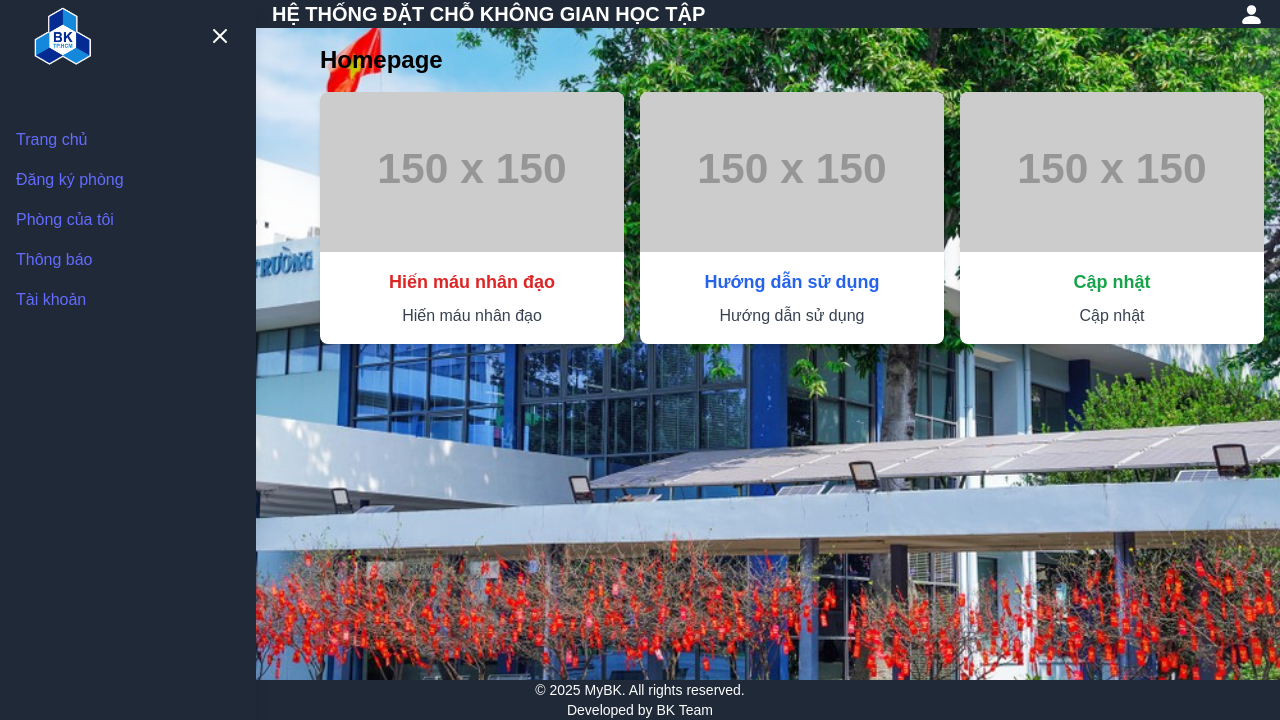
Repository: CNPM-S3MRS/frontend-web
Page: /homepage
These files come from the project's save history. The page is drawn as it stood at one moment and after the next save; the edit follows.
The browser window is 1280 px wide. The pictures show the whole page.
The project was rebuilt for these pictures with package versions that can differ from the ones it lists, and the page was loaded fresh each time. Also part of the build but not shown: vite.config.js, src/pages/auth/Login.jsx, src/components/card/NotificationCard.jsx, src/components/pagination/Pagination.jsx, src/components/dropdownmenu/DropdownList.jsx, src/pages/notification/notification.jsx, src/components/form/ForgotPassword.jsx, src/pages/forgotpwd/Forgot.jsx.

Above is the page before, as saved 2025-05-02 07:41:17.

### src/App.jsx
import { BrowserRouter as Router, Routes, Route } from 'react-router-dom';
import Login from '@/pages/auth/Login';
import Notification from './pages/notification/notification';
import Homepage from "./pages/homepage/Homepage";
import Forgot from "./pages/forgotpwd/Forgot";

function App() {
  return (
    <Router>
      <Routes>
        <Route path="/login" element={<Login />} />
        <Route path="/homepage" element={<Homepage />} />
        <Route path="/notification" element={<Notification />} /> {/* Add this route */}
        <Route path="/forgotpwd" element={<Forgot />} /> {/* Add this route */}
        <Route path="/" element={<div>Trang chủ</div>} />
      </Routes>
    </Router>
  );
}

export default App;

### src/index.css
@tailwind base;
@tailwind components;
@tailwind utilities;


:root {
  font-family: system-ui, Avenir, Helvetica, Arial, sans-serif;
  line-height: 1.5;
  font-weight: 400;

  color-scheme: light dark;
  color: rgba(255, 255, 255, 0.87);
  background-color: #242424;

  font-synthesis: none;
  text-rendering: optimizeLegibility;
  -webkit-font-smoothing: antialiased;
  -moz-osx-font-smoothing: grayscale;
}

a {
  font-weight: 500;
  color: #646cff;
  text-decoration: inherit;
}
a:hover {
  color: #535bf2;
}

/* body {
  margin: 0;
  display: flex;
  place-items: center;
  min-width: 320px;
  min-height: 100vh;
} */

h1 {
  font-size: 3.2em;
  line-height: 1.1;
}

.header-button {
  background: none;
  border: none;
  color: inherit;
  cursor: pointer;
  padding: 0;
  display: inline-flex;
  align-items: center;
  justify-content: center;
}


.sidebar-button {
  background: none;
  border: none;
  color: inherit;
  cursor: pointer;
  padding: 0.5rem;
  display: inline-flex;
  align-items: center;
  justify-content: center;
}

.pagination {
  display: flex;

}

.pagination button,
.pagination span {
  display: flex;
  align-items: center;
  justify-content: center;
  min-width: 2.5rem;
  height: 2.5rem;
  font-size: 1rem;
  font-weight: 500;
  background-color: transparent;
  border: none;
  color: #000;
  cursor: pointer;
}

.pagination span {
  color: #000;
}

button {
  border-radius: 8px;
  border: 1px solid transparent;
  padding: 0.6em 1.2em;
  font-size: 1em;
  font-weight: 500;
  font-family: inherit;
  background-color: #1a1a1a;
  cursor: pointer;
  transition: border-color 0.25s;
}
button:hover {
  border-color: #646cff;
}
button:focus,
button:focus-visible {
  outline: 4px auto -webkit-focus-ring-color;
}
h1 {
  font-size: 1.5rem;
  font-weight: bold;
  margin-bottom: 1rem;
}
body {
  font-family: Arial, sans-serif;
  background-color: transparent;
  color: #000000;
}

input[type="checkbox"] {
  width: 1rem;
  height: 1rem;
}

@media (prefers-color-scheme: light) {
  :root {
    color: #213547;
    background-color: #ffffff;
  }
  a:hover {
    color: #747bff;
  }
  button {
    background-color: #f9f9f9;
  }
}

### src/pages/homepage/Homepage.jsx
import React, { useState } from "react";
import Sidebar from "../../components/bars/Sidebar";
import Header from "../../components/header/Header";
import Footer from "../../components/footer/Footer";
import DisplayCard from "../../components/card/DisplayCard";
import BKbg from "../../assets/bk-bg.jpg"; // Import your background image

const Homepage = () => {
  const [isSidebarOpen, setIsSidebarOpen] = useState(true);

  return (
    <div className="container flex flex-col h-screen bg-cover bg-center"
    style={{
        backgroundImage: `url(${BKbg})`,
        backgroundSize: "cover",
      }}
    >
      {/* Header */}
      <Header isSidebarOpen={isSidebarOpen} setIsSidebarOpen={setIsSidebarOpen} />

      <div className="flex flex-grow">
        {/* Sidebar */}
        <Sidebar isSidebarOpen={isSidebarOpen} setIsSidebarOpen={setIsSidebarOpen} />

        {/* Main Content */}
        <div
          className={`flex-grow p-4 transition-all duration-300 ${
            isSidebarOpen ? "lg:pl-80" : "pl-4"
          }`}
        >
          <h1 className="text-2xl font-bold mb-4">Homepage</h1>
          {/* Display Cards */}
          <div className="grid grid-cols-1 sm:grid-cols-2 lg:grid-cols-3 gap-4">
            <DisplayCard
              image="https://via.placeholder.com/150"
              status="Hiến máu nhân đạo"
              statusColor="red"
              message="Hiến máu nhân đạo"
            />
            <DisplayCard
              image="https://via.placeholder.com/150"
              status="Hướng dẫn sử dụng"
              statusColor="blue"
              message="Hướng dẫn sử dụng"
            />
            <DisplayCard
              image="https://via.placeholder.com/150"
              status="Cập nhật"
              statusColor="green"
              message="Cập nhật"
            />
          </div>
        </div>
      </div>
      {/* Footer */}
      <Footer />
    </div>
  );
};

export default Homepage;

### src/components/bars/Sidebar.jsx
import React from "react";
import { NavLink } from "react-router-dom";
import LogoBK from "../../assets/LogoBK.jpg"; // Adjust the path as necessary
const Sidebar = ({ isSidebarOpen, setIsSidebarOpen }) => {
  return (
    <div
      className={`fixed inset-y-0 left-0 w-64 bg-gray-800 text-white shadow-lg z-50 transform ${
        isSidebarOpen ? "translate-x-0" : "-translate-x-full"
      } transition-transform duration-300`}
    >
      <div className="flex items-center content-center">
        <img src={LogoBK} alt="Logo" className="w-17 h-20 object-contain" />
      </div>
      {/* Close Button */}
      <button
        onClick={() => setIsSidebarOpen(false)}
        className="sidebar-button absolute top-4 right-4 text-white focus:outline-none"
        aria-label="Close Sidebar"
      >
        <svg
          xmlns="http://www.w3.org/2000/svg"
          width="24"
          height="24"
          fill="none"
          viewBox="0 0 24 24"
          stroke="currentColor"
        >
          <path
            strokeLinecap="round"
            strokeLinejoin="round"
            strokeWidth={2}
            d="M6 18L18 6M6 6l12 12"
          />
        </svg>
      </button>

      {/* Sidebar Links */}
      <ul className="mt-8 space-y-4 p-4">
        <li>
          <NavLink to="/" className="hover:text-gray-400">
            Trang chủ
          </NavLink>
        </li>
        <li>
          <NavLink to="/register-room" className="hover:text-gray-400">
            Đăng ký phòng
          </NavLink>
        </li>
        <li>
          <NavLink to="/my-rooms" className="hover:text-gray-400">
            Phòng của tôi
          </NavLink>
        </li>
        <li>
          <NavLink to="/notification" className="hover:text-gray-400">
            Thông báo
          </NavLink>
        </li>
        <li>
          <NavLink to="/account" className="hover:text-gray-400">
            Tài khoản
          </NavLink>
        </li>
      </ul>
    </div>
  );
};

export default Sidebar;

### src/components/header/Header.jsx
import React from "react";
import LogoBK from "../../assets/LogoBK.jpg"; // Adjust the path as necessary

const Header = ({ isSidebarOpen, setIsSidebarOpen }) => {
  return (
    <header
      className={`flex items-center justify-between px-4 bg-gray-800 text-white transition-all duration-300 ${
        isSidebarOpen ? "lg:pl-64" : "pl-4"
      }`}
    >
      {/* Left Section */}
      <div className="flex items-center space-x-2">
        {/* Conditionally hide Hamburger Menu and Logo */}
        {!isSidebarOpen && (
          <>
            {/* Hamburger Menu */}
            <button
              onClick={() => setIsSidebarOpen(!isSidebarOpen)}
              className="header-button focus:outline-none"
              aria-label="Toggle Sidebar"
            >
              <svg
                xmlns="http://www.w3.org/2000/svg"
                width="24"
                height="24"
                fill="currentColor"
                className="bi bi-list"
                viewBox="0 0 16 16"
              >
                <path
                  fillRule="evenodd"
                  d="M2.5 12a.5.5 0 0 1 .5-.5h10a.5.5 0 0 1 0 1H3a.5.5 0 0 1-.5-.5m0-4a.5.5 0 0 1 .5-.5h10a.5.5 0 0 1 0 1H3a.5.5 0 0 1-.5-.5m0-4a.5.5 0 0 1 .5-.5h10a.5.5 0 0 1 0 1H3a.5.5 0 0 1-.5-.5"
                />
              </svg>
            </button>

            {/* Logo */}
            <img src={LogoBK} alt="Logo" className="w-17 h-16 object-contain" />
          </>
        )}

        {/* Logo Text */}
        <span className="text-xl font-semibold pl-4">
          HỆ THỐNG ĐẶT CHỖ KHÔNG GIAN HỌC TẬP
        </span>
      </div>

      {/* Account */}
      <button
        className="header-button focus:outline-none"
        aria-label="Login"
        onClick={() =>
          (window.location.href =
            "https://sso.hcmut.edu.vn/cas/login?service=https://mybk.hcmut.edu.vn/my/homeSSO.action")
        }
      >
        <svg
          xmlns="http://www.w3.org/2000/svg"
          width="25"
          height="25"
          fill="currentColor"
          className="bi bi-person-circle"
          viewBox="0 0 16 16"
        >
          <path d="M3 14s-1 0-1-1 1-4 6-4 6 3 6 4-1 1-1 1zm5-6a3 3 0 1 0 0-6 3 3 0 0 0 0 6" />
          <path d="M8 8a2 2 0 1 0 0-4 2 2 0 0 0 0 4z" />
          <path
            fillRule="evenodd"
            d="M8 9a3 3 0 0 0-2.83 2h5.66A3 3 0 0 0 8 9z"
          />
        </svg>
      </button>
    </header>
  );
};

export default Header;

### src/components/footer/Footer.jsx
import React from "react";

const Footer = () => {
    return(
        <footer className="bg-gray-800 text-white">

            <div className="container mx-auto text-center">
                <p className="text-sm">&copy; {new Date().getFullYear()} MyBK. All rights reserved.</p>
                <p className="text-sm">Developed by BK Team</p>
            </div>
        </footer>
    );
};

export default Footer;

### src/components/card/DisplayCard.jsx
import React from "react";

const DisplayCard = ({ image, status, statusColor, message }) => {
  return (
    <div className="bg-white shadow-md rounded-lg overflow-hidden">
      {/* Card Image */}
      <img src={image} alt={status} className="w-full h-40 object-cover" />

      {/* Card Content */}
      <div className="p-4 text-center">
        <h2 className={`text-lg font-bold text-${statusColor}-600 mb-2`}>{status}</h2>
        <p className="text-gray-700">{message}</p>
      </div>
    </div>
  );
};

export default DisplayCard;

### tailwind.config.js
/** @type {import('tailwindcss').Config} */
module.exports = {
  content: ["./src/**/*.{js,jsx,ts,tsx}"], // Include all source files
  theme: {
    extend: {},
  },
  plugins: [],
};

Loaded but not shown: index.html (common file); src/main.jsx (common file)

After the next save:
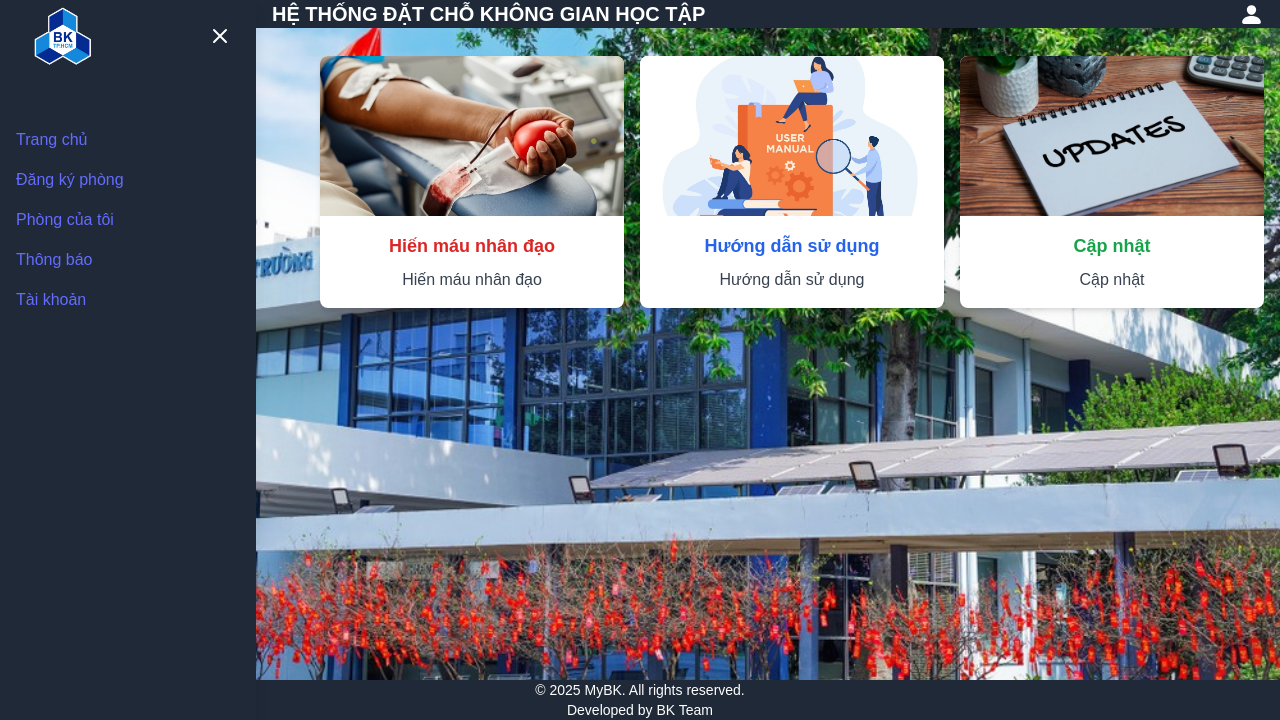
Saved 13 h 4 min later.
--- a/src/pages/homepage/Homepage.jsx
+++ b/src/pages/homepage/Homepage.jsx
@@ -28,23 +28,23 @@ const Homepage = () => {
             isSidebarOpen ? "lg:pl-80" : "pl-4"
           }`}
         >
-          <h1 className="text-2xl font-bold mb-4">Homepage</h1>
+          <h1 className="text-2xl font-bold mb-3"></h1>
           {/* Display Cards */}
           <div className="grid grid-cols-1 sm:grid-cols-2 lg:grid-cols-3 gap-4">
             <DisplayCard
-              image="https://via.placeholder.com/150"
+              image="h1.jpg"
               status="Hiến máu nhân đạo"
               statusColor="red"
               message="Hiến máu nhân đạo"
             />
             <DisplayCard
-              image="https://via.placeholder.com/150"
+              image="h2.jpeg"
               status="Hướng dẫn sử dụng"
               statusColor="blue"
               message="Hướng dẫn sử dụng"
             />
             <DisplayCard
-              image="https://via.placeholder.com/150"
+              image="h3.webp"
               status="Cập nhật"
               statusColor="green"
               message="Cập nhật"
